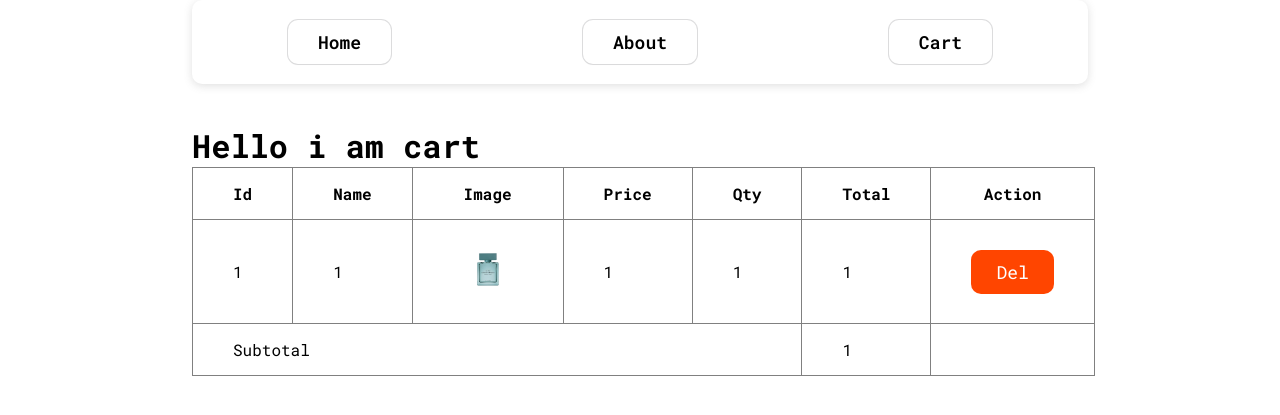
Repository: tuankiet10920/vuejs
Page: /cart
An editor plug-in stored every save of this project. The page is shown before and after the next save, followed by the edit.
The browser window is 1280 px wide. The pictures show the whole page.
The project was rebuilt for these pictures with package versions that can differ from the ones it lists, and the page was loaded fresh each time. Also part of the build but not shown: vite.config.js.

Above is the page before, as saved 2024-08-24 12:16:37.

### index.html
<!DOCTYPE html>
<html lang="en">

<head>
  <meta charset="UTF-8">
  <link rel="icon" href="/favicon.ico">
  <meta name="viewport" content="width=device-width, initial-scale=1.0">
  <title>Vite App</title>
  <link rel="stylesheet"
    href="https://fonts.googleapis.com/css2?family=Material+Symbols+Outlined:opsz,wght,FILL,GRAD@24,400,0,0" />
  <link rel="preconnect" href="https://fonts.googleapis.com">
  <link rel="preconnect" href="https://fonts.gstatic.com" crossorigin>
  <link href="https://fonts.googleapis.com/css2?family=Roboto+Mono:ital,wght@0,100..700;1,100..700&display=swap"
    rel="stylesheet">
  <style>
    * {
      margin: 0;
      padding: 0;
      box-sizing: border-box;
      list-style: none;
      text-decoration: none;
      font-family: "Roboto Mono", monospace;
      font-style: normal;
    }

    body {
      width: 100%;
      display: flex;
      justify-content: center;
    }

    #app {
      width: 70%;
    }
  </style>
</head>

<body>
  <div id="app"></div>
  <script type="module" src="/src/main.js"></script>
</body>

</html>

### src/main.js
import { createApp } from 'vue'
import App from './App.vue'
import router from './router'
import lsProduct from '../public/data/lsProduct.json';

if(!localStorage.getItem('lsProduct')){
    localStorage.setItem('lsProduct', JSON.stringify(lsProduct));
}
if(!localStorage.getItem('cart')){
    let cart = [];
    localStorage.setItem('cart', JSON.stringify(cart));
}
const app = createApp(App)

app.use(router)

app.mount('#app')

### src/App.vue
<template>

  <!-- header -->
  <Header />

  <!-- pages render here -->
  <RouterView />

</template>
<script>
import { RouterLink, RouterView } from 'vue-router'
import Header from './components/header.vue'
export default {
  components: {
    Header
  }
}

</script>

### src/router/index.js
import { createRouter, createWebHistory } from 'vue-router'

const router = createRouter({
  history: createWebHistory(import.meta.env.BASE_URL),
  routes: [
    {
      path: '/',
      name: 'home',
      component: () => import('../views/HomeView.vue')
    },
    {
      path: '/about',
      name: 'about',
      component: () => import('../views/AboutView.vue')
    },
    {
      path: '/cart',
      name: 'cart',
      component: () => import('../views/CartView.vue')
    }
  ]
})

export default router

### public/data/lsProduct.json
[
    {
        "id" : 1,
        "name" : "Donna Born In Roma",
        "price" : 1000000,
        "image" : "product-1.webp"
    },
    {
        "id" : 2,
        "name" : "Frangipani Flower Cologne",
        "price" : 2000000,
        "image" : "product-2.webp"
    },
    {
        "id" : 3,
        "name" : "Glossier You Eau",
        "price" : 3000000,
        "image" : "product-3.webp"
    },
    {
        "id" : 4,
        "name" : "Mini Cheirosa",
        "price" : 4000000,
        "image" : "product-4.webp"
    }
]

### src/components/header.vue
<template>
    <div class="header">
        <ul>
            <li>
                <RouterLink to="/">Home</RouterLink>
            </li>
            <li>
                <RouterLink to="/about">About</RouterLink>
            </li>
            <li>
                <RouterLink to="/cart">Cart</RouterLink>
            </li>
        </ul>
    </div>
</template>

<script>
export default {

}
</script>

<style>
.header {
    width: 100%;
    padding: 20px 0px;
    border-radius: 10px;
    box-shadow: rgba(99, 99, 99, 0.2) 0px 2px 8px 0px;
    margin-bottom: 40px;
}

.header ul {
    display: flex;
    justify-content: space-around;
    width: 100%;
}

.header ul li {
    box-shadow: rgba(0, 0, 0, 0.02) 0px 1px 3px 0px, rgba(27, 31, 35, 0.15) 0px 0px 0px 1px;
    padding: 10px 30px;
    border-radius: 10px;
    transition: all .3s ease-in-out;
}

.header ul li a {
    color: #000;
    font-size: 18px;
    font-weight: 600;
}

.header ul li:hover {
    box-shadow: rgba(50, 50, 93, 0.25) 0px 30px 60px -12px inset, rgba(0, 0, 0, 0.3) 0px 18px 36px -18px inset;
    border-radius: 0px;
}

.header ul li:hover a {
    color: #fff;
}
</style>

### src/views/CartView.vue
<template>
  <div>
    <h1>Hello i am cart</h1>
    <Table />
  </div>
</template>

<script>
import Table from '../components/table.vue'
export default {
  components: {
    Table
  }
}
</script>

### src/components/table.vue
<template>
    <table border="1px">
        <thead>
            <tr>
                <th>Id</th>
                <th>Name</th>
                <th>Image</th>
                <th>Price</th>
                <th>Qty</th>
                <th>Total</th>
                <th>Action</th>
            </tr>
        </thead>
        <tbody>
            <tr>
                <td>1</td>
                <td>1</td>
                <td>
                    <img id="image" src="../../public/img/product-1.webp" alt="product-1">
                </td>
                <td>1</td>
                <td>1</td>
                <td>1</td>
                <td style="text-align: center;">
                    <button id="btn-delete" type="button">
                        Del
                    </button>
                </td>
            </tr>
            <tr>
                <td colspan="5">Subtotal</td>
                <td>1</td>
            </tr>
        </tbody>
    </table>
</template>
<script>
export default {

}
</script>

<style>
table {
    border-collapse: collapse;
}

th,
td {
    padding: 15px 40px;
}

#image {
    width: 70px;
}

#btn-delete {
    border: none;
    padding: 10px 25px;
    background: orangered;
    color: #fff;
    font-size: 18px;
    border-radius: 10px;
    transition: all .3s ease-in-out;
    cursor: pointer;
}

#btn-delete:hover {
    background: #822706;
    box-shadow: rgba(50, 50, 93, 0.25) 0px 6px 12px -2px, rgba(0, 0, 0, 0.3) 0px 3px 7px -3px;
}
</style>

After the next save:
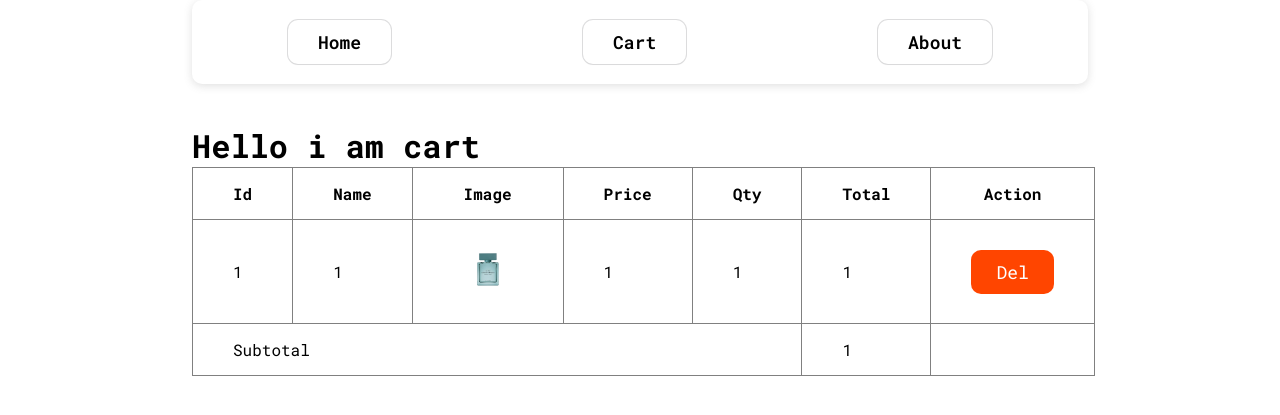
Saved 11 s later.
--- a/src/components/header.vue
+++ b/src/components/header.vue
@@ -5,10 +5,10 @@
                 <RouterLink to="/">Home</RouterLink>
             </li>
             <li>
-                <RouterLink to="/about">About</RouterLink>
+                <RouterLink to="/cart">Cart</RouterLink>
             </li>
             <li>
-                <RouterLink to="/cart">Cart</RouterLink>
+                <RouterLink to="/about">About</RouterLink>
             </li>
         </ul>
     </div>
